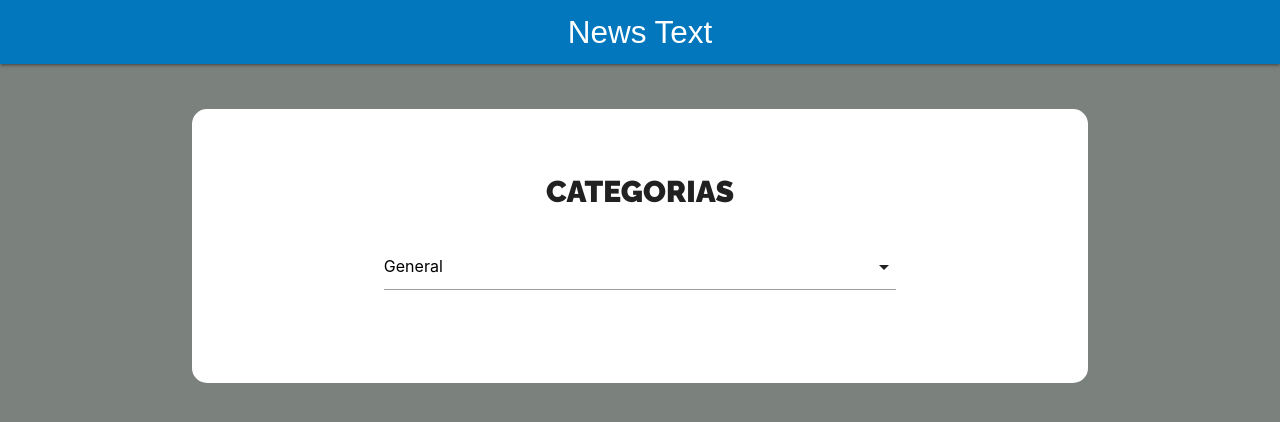
Repository: harrycampaz/news-react
Page: /
An editor plug-in stored every save of this project. The page is shown before and after the next save, followed by the edit.
The browser window is 1280 px wide. The pictures show the whole page.
The page's requests for data from a server got no answer. The project was rebuilt for these pictures with package versions that can differ from the ones it lists, and the page was loaded fresh each time. No one was signed in, and anything a server would have sent is missing. Also part of the build but not shown: src/components/news/News.js.

Above is the page before, as saved 2020-01-17 14:08:51.

After the next save:
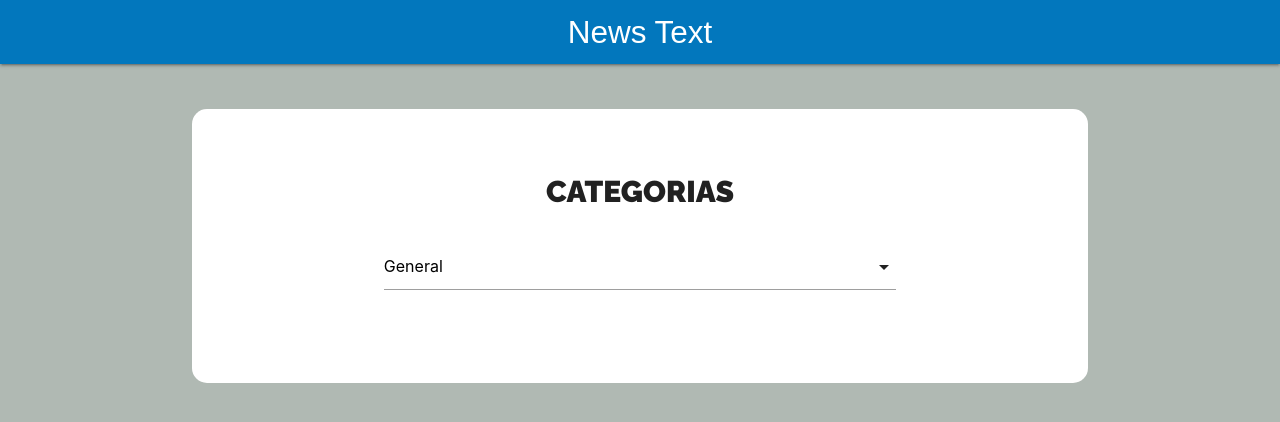
Saved 63 s later.
--- a/src/index.css
+++ b/src/index.css
@@ -5,7 +5,7 @@ body {
 }
 
 body {
-  background-color: #7b817d;
+  background-color: #b0b9b3;
 }
 .card-content h3 {
   font-size: 1.4rem;
